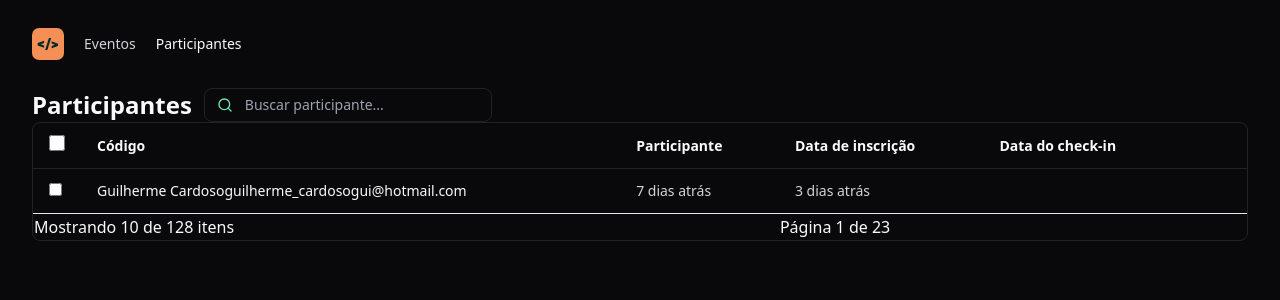
Repository: guilhermecardoso93/nlw-unite-react-2024
Page: /
An editor plug-in stored every save of this project. The page is shown before and after the next save, followed by the edit.
The browser window is 1280 px wide. The pictures show the whole page.
The project was rebuilt for these pictures with package versions that can differ from the ones it lists, and the page was loaded fresh each time. Also part of the build but not shown: vite.config.ts.

Above is the page before, as saved 2024-04-01 21:51:59.

### src/App.tsx
import { Header } from "./components/header";
import { AttendeeList } from "./components/attendee-list";

export function App() {

  return (
    <div className="max-w-[1216px] mx-auto py-5 flex flex-col gap-5">
      <Header />
      <AttendeeList />
    </div>
  )
}

### src/components/header.tsx
import Logo from "../assets/nlw-unite-icon.svg";

export function Header() {
  return (
    <div className="flex items-center gap-5 py-2">
      <img src={Logo} alt="logo" />

      <nav className="flex items-center gap-5">
        <a href="" className="font-medium text-sm text-zinc-300">Eventos</a>
        <a href="" className="font-medium text-sm">Participantes</a>
      </nav>
    </div>
  );
}

### src/components/attendee-list.tsx
import { Search } from "lucide-react";

//ChevronLeft,  ChevronRight,  ChevronsLeft,  ChevronsRight,  MoreHorizontal,

export function AttendeeList() {
  return (
    <div>
      <div className="flex gap-3 items-center">
        <h1 className="text-2xl font-bold">Participantes</h1>
        <div className="px-3 py-1.5 border border-white/10 rounded-lg text-sm w-72 flex items-center gap-3">
          <Search className="size-4 text-emerald-300" />
          <input
            placeholder="Buscar participante..."
            className="bg-transparent flex-1 outline-none"
          />
        </div>
      </div>

      <div className="border border-white/10 rounded-lg">
        <table className="w-full  ">
          <thead>
            <tr className="border-b border-white/10">
              <th
                style={{ width: 48 }}
                className="py-3 px-4 text-sm font-semibold text-left"
              >
                <input
                  type="checkbox"
                  className="size-4 bg-black/20 rounded border border-white/10"
                />
              </th>
              <th className="py-3 px-4 text-sm font-semibold text-left">
                Código
              </th>
              <th className="py-3 px-4 text-sm font-semibold text-left">
                Participante
              </th>
              <th className="py-3 px-4 text-sm font-semibold text-left">
                Data de inscrição
              </th>
              <th className="py-3 px-4 text-sm font-semibold text-left">
                Data do check-in
              </th>
              <th
                style={{ width: 64 }}
                className="py-3 px-4 text-sm font-semibold text-left"
              ></th>
            </tr>
          </thead>
          <tbody>
            <tr className="border-b bor-white/10">
              <td className="py-3 px-4 text-sm text-zinc-300">
                <input type="checkbox" />
              </td>
              <td className="py-3 px-4 text-sm">
                <div className="flex">
                  <span>Guilherme Cardoso</span>
                  <span>guilherme_cardosogui@hotmail.com</span>
                </div>
              </td>
              <td className="py-3 px-4 text-sm text-zinc-300">7 dias atrás</td>
              <td className="py-3 px-4 text-sm text-zinc-300">3 dias atrás</td>
              <td className="py-3 px-4 text-sm text-zinc-300"></td>
            </tr>
          </tbody>
          <tfoot>
            <tr>
              <td colSpan={3}>Mostrando 10 de 128 itens</td>
              <td colSpan={3}>Página 1 de 23</td>
            </tr>
          </tfoot>
        </table>
      </div>
    </div>
  );
}

### tailwind.config.js
/** @type {import('tailwindcss').Config} */
export default {
  content: [
    "./index.html",
    "./src/**/*.{js,ts,jsx,tsx}"
  ],
  theme: {
    extend: {},
  },
  plugins: [
    //require('@tailwindcss/forms')
  ],
}

Loaded but not shown: index.html (common file); src/main.tsx (common file); src/index.css (common file)

After the next save:
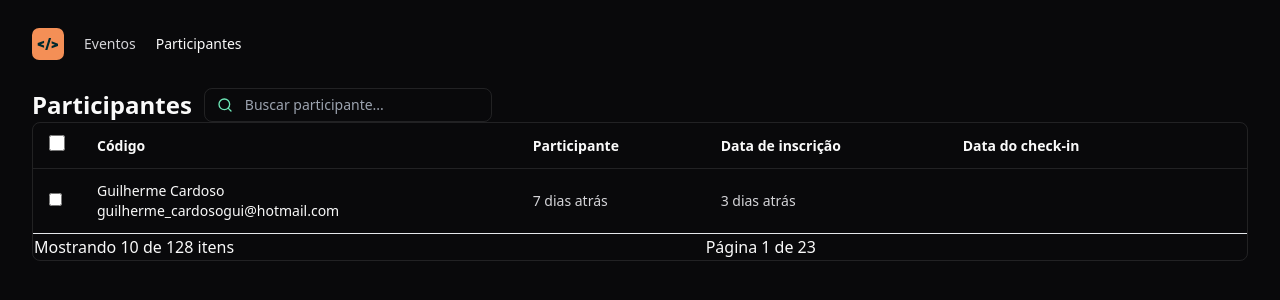
Saved 15 s later.
--- a/src/components/attendee-list.tsx
+++ b/src/components/attendee-list.tsx
@@ -53,7 +53,7 @@ export function AttendeeList() {
                 <input type="checkbox" />
               </td>
               <td className="py-3 px-4 text-sm">
-                <div className="flex">
+                <div className="flex flex-col ga-1">
                   <span>Guilherme Cardoso</span>
                   <span>guilherme_cardosogui@hotmail.com</span>
                 </div>
